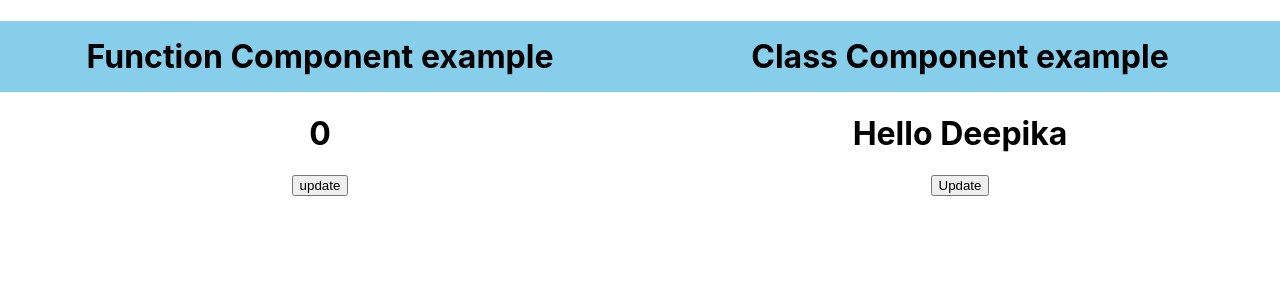
Repository: DeepikaSuretek/React
Page: / (app in practice-app/)
These files come from the project's save history. The page is drawn as it stood at one moment and after the next save; the edit follows.
The browser window is 1280 px wide. The pictures show the whole page.
The project was rebuilt for these pictures with package versions that can differ from the ones it lists, and the page was loaded fresh each time.

Above is the page before, as saved 2024-07-08 19:51:46.

After the next save:
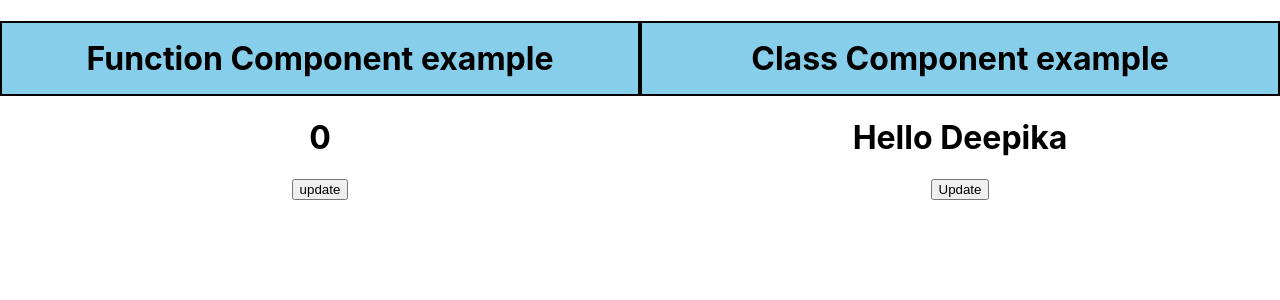
Saved 94 s later.
--- a/practice-app/src/App.js
+++ b/practice-app/src/App.js
@@ -7,11 +7,11 @@ function App() {
     <div className="App" style={{display: "inline-flex",
       width: "100%"}}>
       <div style={{width:"50%"}}>
-        <h1 style={{"background-color": "skyblue","padding": "16px"}}>Function Component example</h1>
+        <h1 style={{"background-color": "skyblue","padding": "16px","border": "2px solid"}}>Function Component example</h1>
         <Fun name="Deepika" />
       </div>
       <div style={{width:"50%"}}>
-        <h1 style={{"background-color": "skyblue","padding": "16px"}}>Class Component example</h1>
+        <h1 style={{"background-color": "skyblue","padding": "16px","border": "2px solid"}}>Class Component example</h1>
         <User></User>
         </div>
 
